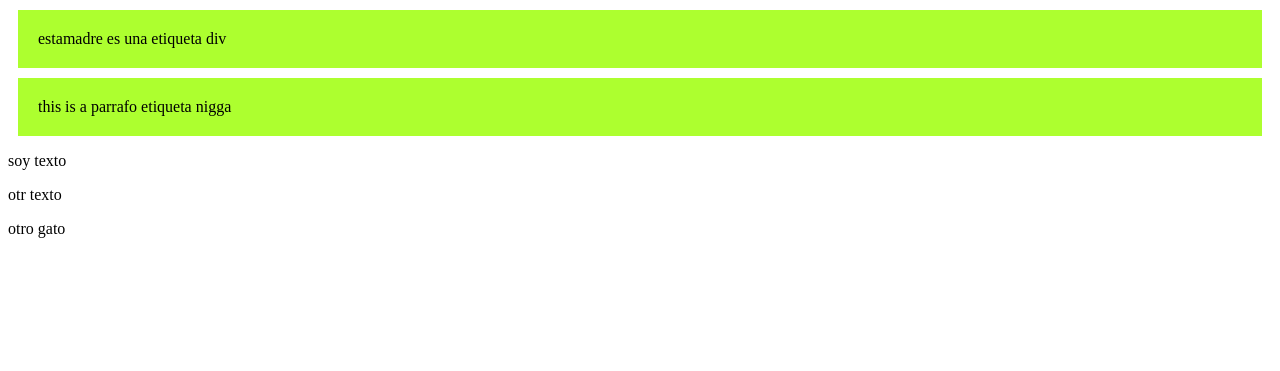
Repository: Daniel009980/daniel0099980
Page: display/index.html
These files come from the project's save history. The page is drawn as it stood at one moment and after the next save; the edit follows.
The browser window is 1280 px wide. The pictures show the whole page.

Above is the page before, as saved 2022-09-19 01:59:43.

After the next save:
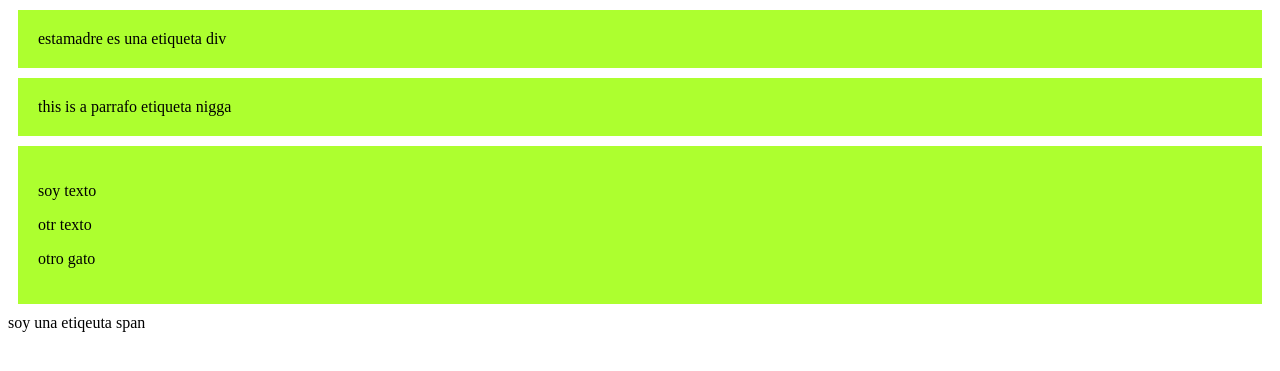
Saved 3 min 24 s later.
--- a/display/index.html
+++ b/display/index.html
@@ -10,10 +10,11 @@
 <body>
     <div class="block-element">estamadre es una etiqueta div</div>
     <p class="block-element">this is a parrafo etiqueta nigga</p>
-        <div>
+        <div class="block-element">
             <p class="parrafo">soy texto</p>
             <p class="parrafo">otr texto</p>
             <p class="parrafo">otro gato</p>
         </div>
+        <span>soy una etiqeuta span</span>
 </body>
 </html>
